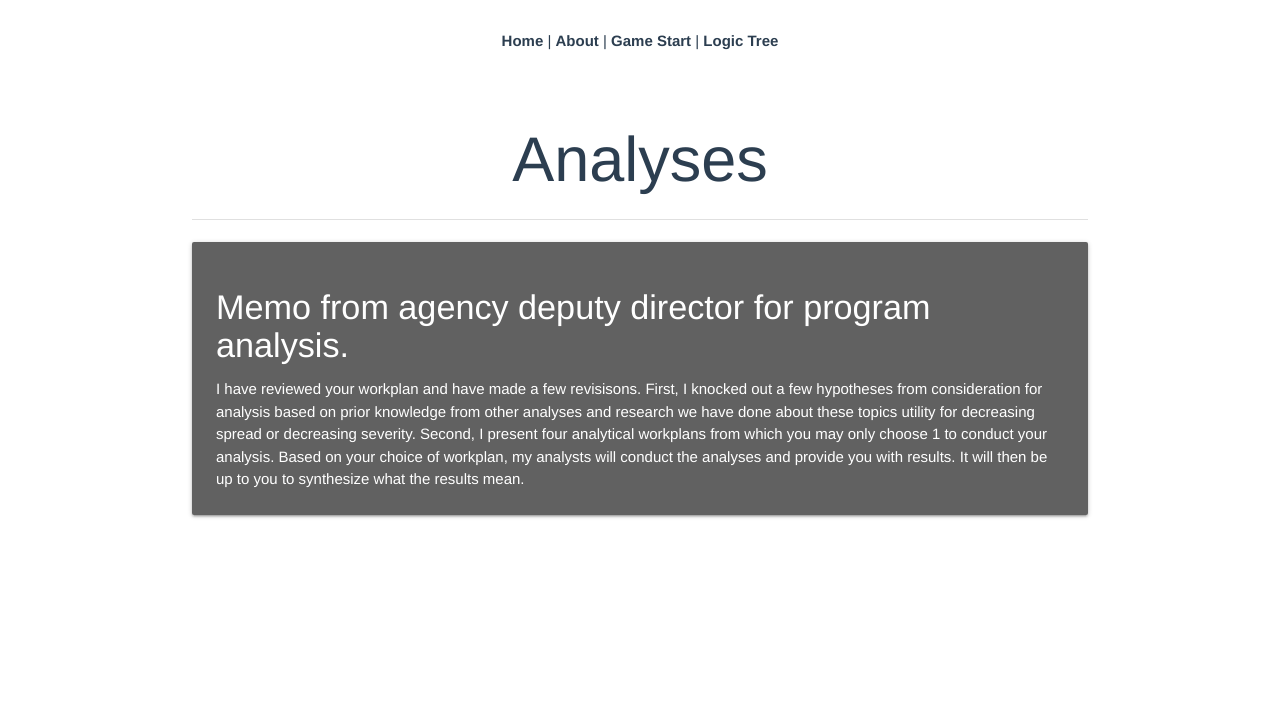
Repository: gallard28/posc4210app
Page: /#/analyses
The author's editor kept a copy of each file at every save. The page is drawn from the files as they stood at one save, then again after the next save.
The browser window is 1280 px wide. The pictures show the whole page.
The project was rebuilt for these pictures with package versions that can differ from the ones it lists, and the page was loaded fresh each time. Also part of the build but not shown: src/views/Home.vue, src/views/Start.vue, src/views/Scenario.vue, src/views/Prioritize.vue, src/views/Choose_tools.vue.

Above is the page before, as saved 2020-09-20 23:30:00.

After the next save:
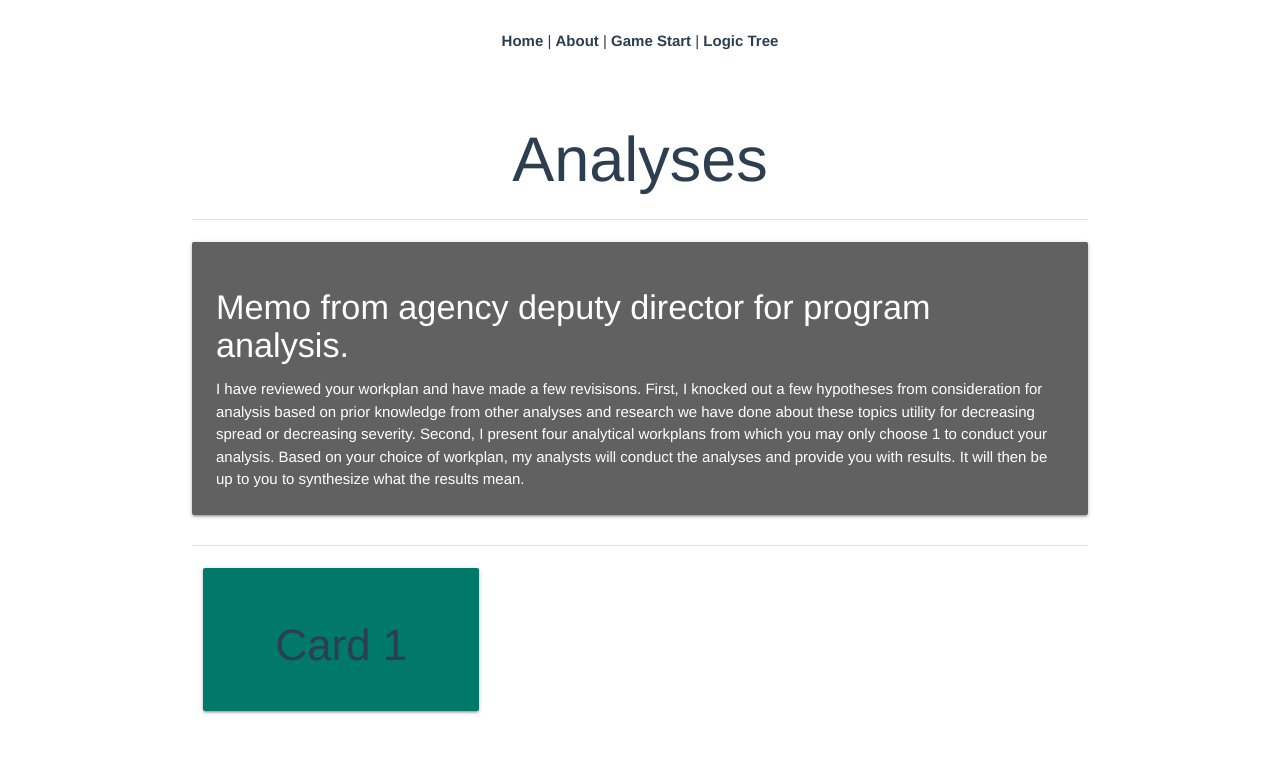
Saved 2 min 31 s later.
--- a/src/views/Analyses.vue
+++ b/src/views/Analyses.vue
@@ -9,6 +9,17 @@
           <p class="left-align  white-text">
             I have reviewed your workplan and have made a few revisisons. First, I knocked out a few hypotheses from consideration for analysis based on prior knowledge from other analyses and research we have done about these topics utility for decreasing spread or decreasing severity. Second, I present four analytical workplans from which you may only choose 1 to conduct your analysis. Based on your choice of workplan, my analysts will conduct the analyses and provide you with results. It will then be up to you to synthesize what the results mean.
           </p>
+        </div>
+      </div>
+    </div>
+    <div class="divider"></div>
+    <div class="section row">
+      <!-- Card 1 -->
+      <div class="col s12 m4">
+        <div class="card teal darken-2">
+          <div class="card-content">
+            <h3>Card 1</h3>
+          </div>
         </div>
       </div>
     </div>
